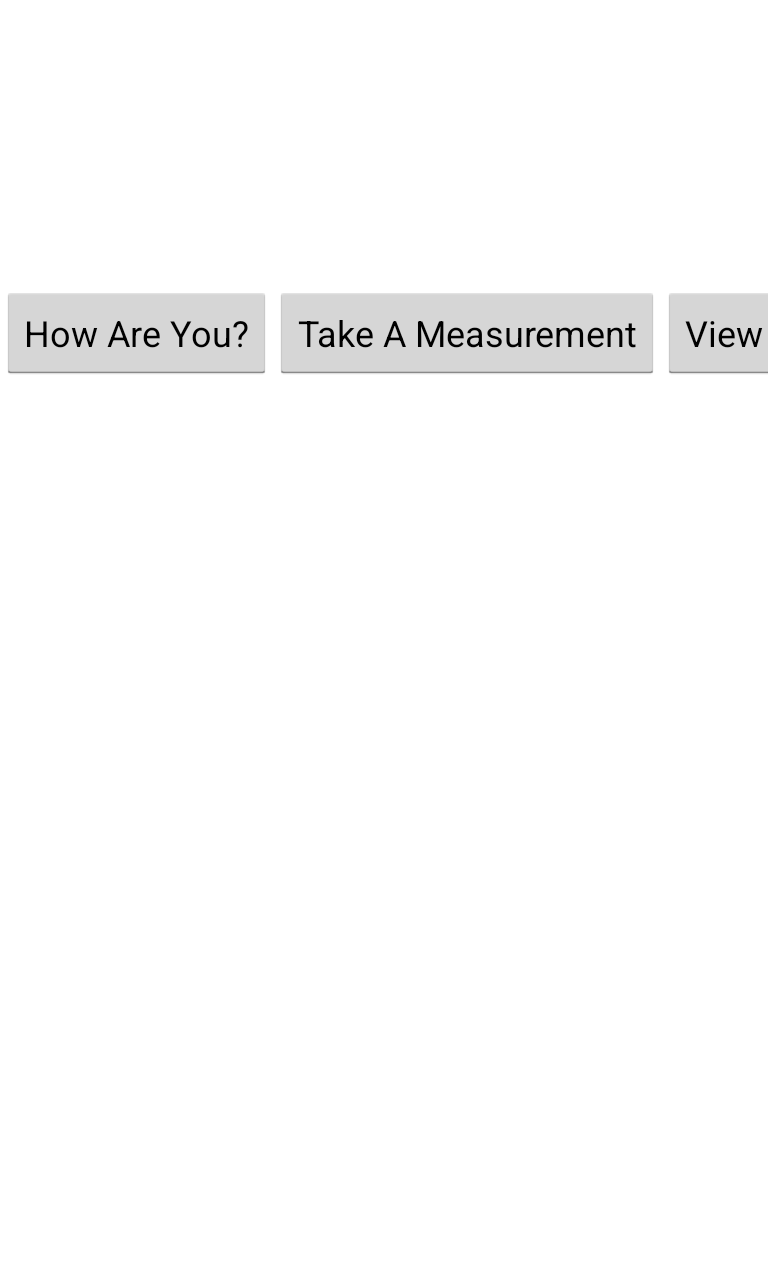
Repository: NewDay320/Lumos
Layout: src/Lumos/trunk/res/layout/activity_main.xml
The author's editor kept a copy of each file at every save. The layout is drawn from the files as they stood at one save, then again after the next save.
Pictures or frames that could not be fetched are drawn as grey boxes. It is drawn on a 768 x 1280 px phone screen (xhdpi) without system bars, with theme AppTheme; the app's code is not run.

Above is the layout before, as saved 2014-03-21 00:21:14.

### src/Lumos/trunk/res/layout/activity_main.xml
<LinearLayout xmlns:android="http://schemas.android.com/apk/res/android"
    xmlns:tools="http://schemas.android.com/tools"
    android:layout_width="match_parent"
    android:layout_height="match_parent"
    android:orientation="horizontal" >

    <EditText
        android:id="@+id/edit_message"
        android:layout_width="0dp"
        android:layout_height="wrap_content"
        android:layout_weight="1"
        android:hint="@string/edit_message" />
    <!--
         <Button
        android:layout_width="wrap_content"
        android:layout_height="wrap_content"
        android:onClick="sendMessage"
        android:text="@string/button_send" />
    -->
    <fragment android:name="com.lumos.client.ScheduleFragment"
        android:id="@+id/schedule_fragment_container"
        android:layout_weight="1"
        android:layout_width="0dp"
        android:layout_height="match_parent" />

    <fragment android:name="com.lumos.client.ScheduleItemFragment"
        android:id="@+id/scheduleitem_fragment"
        android:layout_weight="2"
        android:layout_width="0dp"
        android:layout_height="match_parent" />

    <!-- schedule -->
<!--     <FrameLayout
        android:id="@+id/schedule_fragment_container"
        android:layout_width="match_parent"
        android:layout_height="wrap_content" >
    </FrameLayout> -->

    <!-- how are you button -->

    <Button
        android:layout_width="wrap_content"
        android:layout_height="wrap_content"
        android:onClick="onHowAreYouClick"
        android:text="@string/button_howareyou" />

    <!-- take measurement button -->

    <Button
        android:layout_width="wrap_content"
        android:layout_height="wrap_content"
        android:onClick="onTakeMeasurementClick"
        android:text="@string/button_takemeasurement" />

    <!-- view medications button -->

    <Button
        android:layout_width="wrap_content"
        android:layout_height="wrap_content"
        android:onClick="onViewMedicationsClick"
        android:text="@string/button_viewmedications" />

    <!-- notifcations -->

    <Button
        android:id="@+id/start"
        android:layout_width="fill_parent"
        android:layout_height="wrap_content"
        android:text="@string/start_note" />

    <Button
        android:id="@+id/cancel"
        android:layout_width="fill_parent"
        android:layout_height="wrap_content"
        android:text="@string/cancel_note" />

    <Button
        android:id="@+id/update"
        android:layout_width="fill_parent"
        android:layout_height="wrap_content"
        android:text="@string/update_note" />

</LinearLayout>

### src/Lumos/trunk/res/values/strings.xml
<?xml version="1.0" encoding="utf-8"?>
<resources>

    <string name="app_name">Lumos</string>
    <string name="action_settings">Settings</string>
    <string name="hello_world">hello world ks</string>
    <string name="title_activity_mztest">MZTestActivity</string>
    <string name="mz_menu_text">Nipples The Cat</string>
    <string name="edit_message">Enter a message</string>
    <string name="title_activity_display_message">My Message</string>
    <string name="notification">Ping Notification</string>
    <string name="label">Ping Me</string>

    <!-- buttons -->
    <string name="button_send">Send</string>
    <string name="button_howareyou">How Are You?</string>
    <string name="button_takemeasurement">Take A Measurement</string>
    <string name="button_viewmedications">View Medications</string>
    <string name="ping">Ping</string>
    <string name="snooze">Snooze</string>
    <string name="dismiss">Dismiss</string>

    <!-- alert stuff -->
    <!--
         <string name="ping_text">Set Seconds Until Ping</string>
    <string name="done_snoozing">Done Snoozing</string>
    <string name="seconds_default">10</string>
    <string name="reminder_label">Reminder text</string>
    <string name="reminder_text">Take Rx now</string>
    -->
    <string name="start_note">Start Notification</string>
    <string name="cancel_note">Cancel Notification</string>
    <string name="update_note">Update Notification</string>

    <!-- logging -->
    <string name="snoozing">Snoozing!</string>
    <string name="timer_start">Setting the timer</string>
    <string name="sleep_error">Sleep failure</string>
    <string name="timer_finished">Timer finished</string>
    <string name="title_activity_display_medications">DisplayMedicationsActivity</string>
    <string name="title_activity_survey_chooser">SurveyChooserActivity</string>
    <string name="title_activity_take_measurement">TakeMeasurementActivity</string>
    <string name="title_activity_view_medications">ViewMedicationsActivity</string>
    <string name="title_activity_notification_view">NotificationView</string>

</resources>

Loaded but not shown: src/Lumos/trunk/res/values/styles.xml (common file); src/Lumos/trunk/res/values-v11/styles.xml (common file); src/Lumos/trunk/res/values-v14/styles.xml (common file)

After the next save:
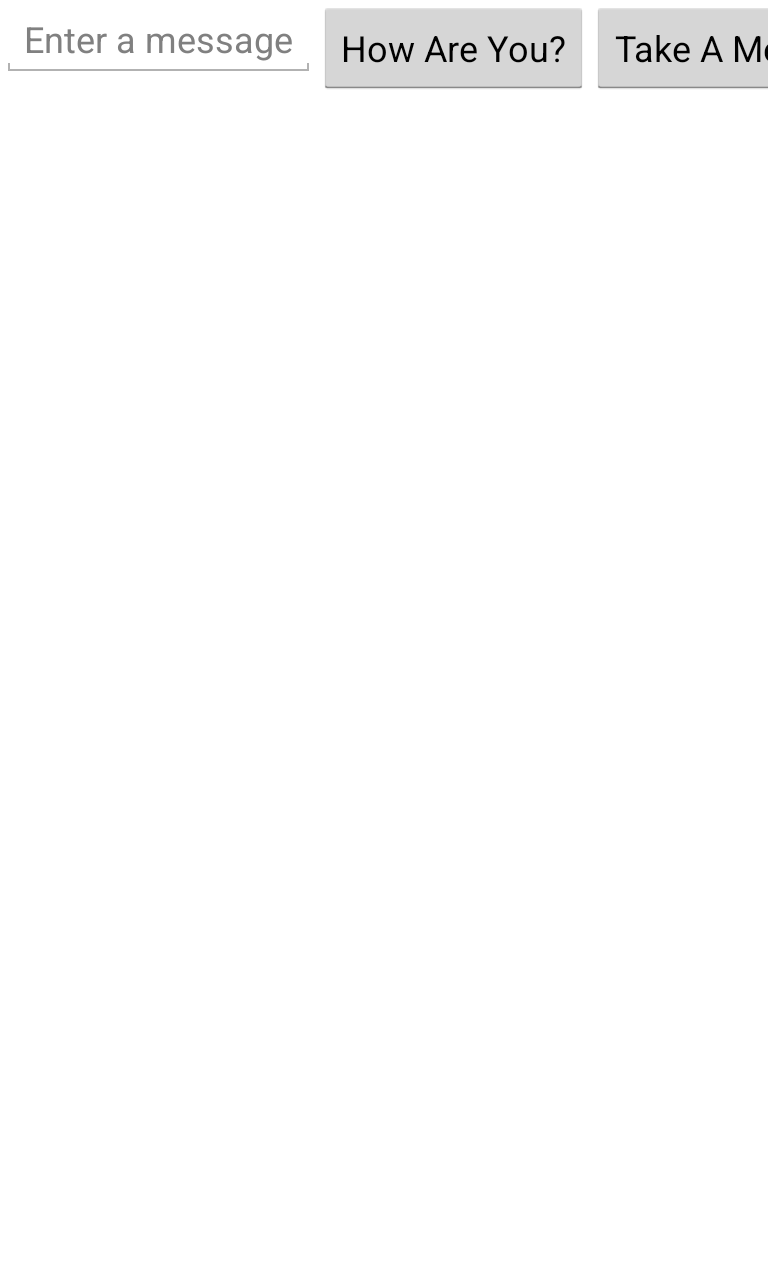
Saved 109 s later.
--- a/src/Lumos/trunk/res/layout/activity_main.xml
+++ b/src/Lumos/trunk/res/layout/activity_main.xml
@@ -17,6 +17,12 @@
         android:onClick="sendMessage"
         android:text="@string/button_send" />
     -->
+    <LinearLayout xmlns:android="http://schemas.android.com/apk/res/android"
+    xmlns:tools="http://schemas.android.com/tools"
+    android:layout_width="match_parent"
+    android:layout_height="match_parent"
+    android:orientation="horizontal" >
+
     <fragment android:name="com.lumos.client.ScheduleFragment"
         android:id="@+id/schedule_fragment_container"
         android:layout_weight="1"
